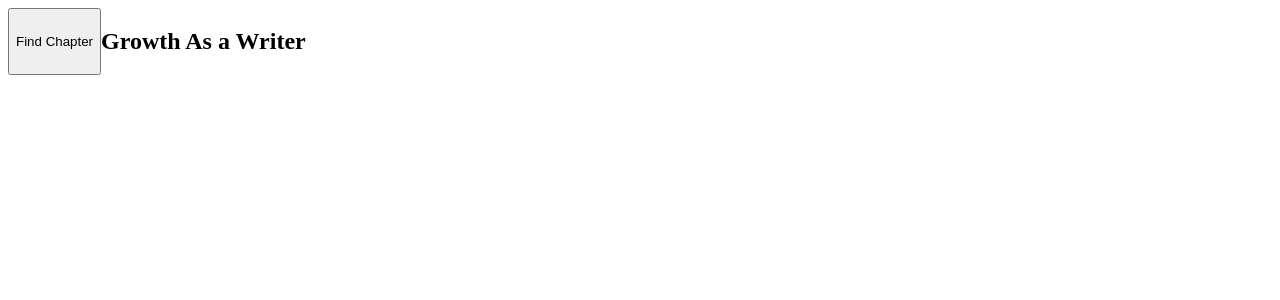
Repository: jpaisiem/WP-4
Page: index.html
These files come from the project's save history. The page is drawn as it stood at one moment and after the next save; the edit follows.
The browser window is 1280 px wide. The pictures show the whole page.

Above is the page before, as saved 2025-04-29 11:48:37.

### index.html
<!DOCTYPE html>
<html>
<head>
<meta name="viewport" content="width=device-width, initial-scale=1">
<style>
/* Popup container - can be anything you want */
.popup {
  position: relative;
  display: inline-block;
  cursor: pointer;
  -webkit-user-select: none;
  -moz-user-select: none;
  -ms-user-select: none;
  user-select: none;
  text-align: left;
}

/* The actual popup */
.popup .popuptext {
  visibility: hidden;
  width: fit-content;
  background-color: #555;
  color: #fff;
  text-align: left;
  border-radius: 6px;
  padding: 8px 0;
  position: absolute;
  z-index: 1;
  bottom: 125%;
  left: 50%;
  margin-left: -80px;
}

/* Popup arrow */
.popup .popuptext::after {
  content: "";
  position: absolute;
  top: 100%;
  left: 50%;
  margin-left: -5px;
  border-width: 5px;
  border-style: solid;
  border-color: #555 transparent transparent transparent;
}

/* Toggle this class - hide and show the popup */
.popup .show {
  visibility: visible;
  -webkit-animation: fadeIn 1s;
  animation: fadeIn 1s;
}

/* Add animation (fade in the popup) */
@-webkit-keyframes fadeIn {
  from {opacity: 0;}
  to {opacity: 1;}
}

@keyframes fadeIn {
  from {opacity: 0;}
  to {opacity:1 ;}
}
</style>
</head>
<body style="text-align:center">



<div class="popup" onclick="myFunction()" style=" text-align: left; display: flex; flex-direction: row;"><button>Find Chapter</button><h2>Growth As a Writer</h2>
  <span class="popuptext" id="myPopup"> <table>
    <tr>
      <td><a href="#">Chapter 1</a></td>
      <td><a href="#">Chapter 2</a></td>
      <td><a href="#">Chapter 3</a></td>
    </tr>
    <tr>
      <td><a href="#">Chapter 4</a></td>
      <td><a href="#">Chapter 5</a></td>
      <td><a href="#">Chapter 6</a></td>
    </tr>
  </table></span>
</div>
<script>
// When the user clicks on div, open the popup
function myFunction() {
  var popup = document.getElementById("myPopup");
  popup.classList.toggle("show");
}
</script>

</body>
</html>

After the next save:
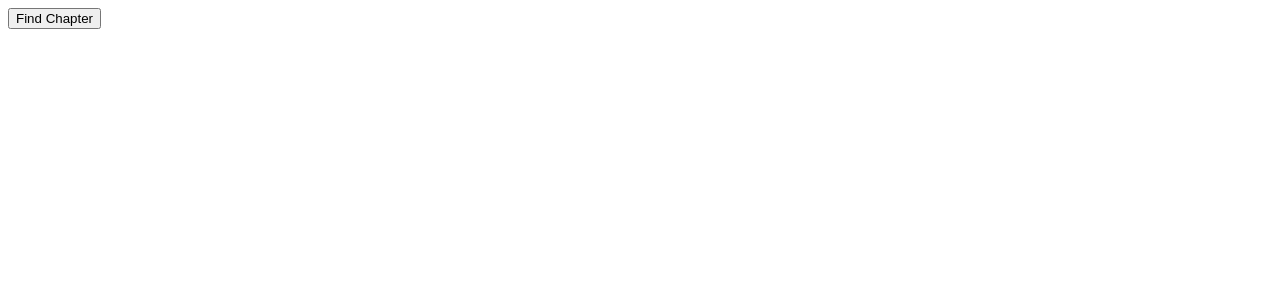
Saved 14 s later.
--- a/index.html
+++ b/index.html
@@ -66,7 +66,7 @@
 
 
 
-<div class="popup" onclick="myFunction()" style=" text-align: left; display: flex; flex-direction: row;"><button>Find Chapter</button><h2>Growth As a Writer</h2>
+<div class="popup" onclick="myFunction()" style=" text-align: left; display: flex; flex-direction: row;"><button>Find Chapter</button>
   <span class="popuptext" id="myPopup"> <table>
     <tr>
       <td><a href="#">Chapter 1</a></td>
@@ -80,6 +80,7 @@
     </tr>
   </table></span>
 </div>
+
 <script>
 // When the user clicks on div, open the popup
 function myFunction() {

After the save that followed:
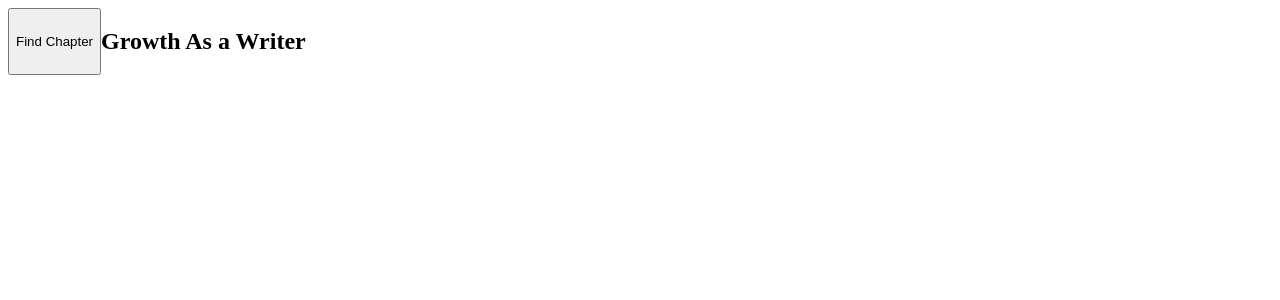
Saved 5 s later.
--- a/index.html
+++ b/index.html
@@ -66,7 +66,7 @@
 
 
 
-<div class="popup" onclick="myFunction()" style=" text-align: left; display: flex; flex-direction: row;"><button>Find Chapter</button>
+<div class="popup" onclick="myFunction()" style=" text-align: left; display: flex; flex-direction: row;"><button>Find Chapter</button><h2>Growth As a Writer</h2>
   <span class="popuptext" id="myPopup"> <table>
     <tr>
       <td><a href="#">Chapter 1</a></td>
